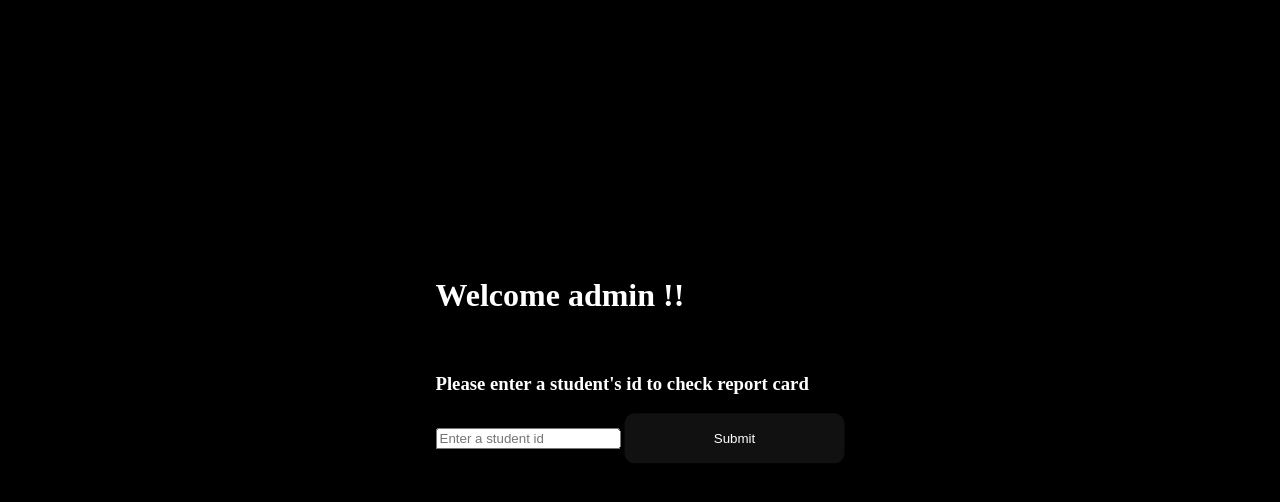
Repository: MriOj/OnlineExamPortal
Page: http://localhost/ExamPortal/admlogin.jsp
An editor plug-in stored every save of this project. The page is shown before and after the next save, followed by the edit.
The browser window is 1280 px wide. The pictures show the whole page.
The page is served by Tomcat 9.

Above is the page before, as saved 2021-09-07 10:16:55.

After the next save:
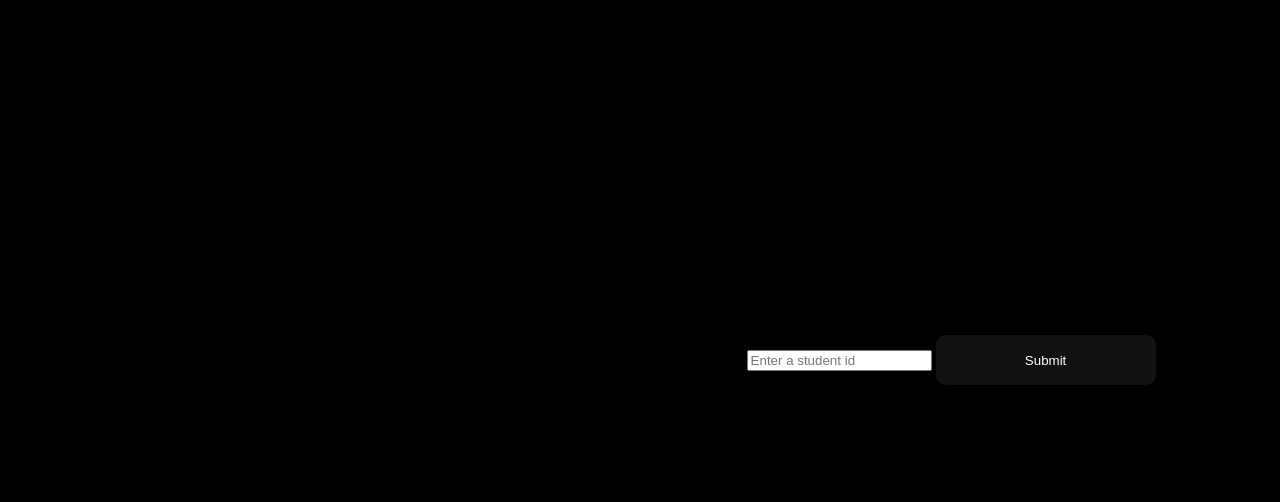
Saved 3 min 17 s later.
--- a/ExamPortal/src/main/webapp/admlogin.jsp
+++ b/ExamPortal/src/main/webapp/admlogin.jsp
@@ -89,7 +89,7 @@ body {
 </style>
 </head>
 <body>
-<div class="center">
+
 
   <h1>Welcome admin !!</h1> <br>
   <h3> Please enter a student's id to check report card </h3>
@@ -98,6 +98,6 @@ body {
   <input type="submit" class="glow-on-hover" type="button">
   </form>
 
-</div>
+
 </body>
 </html>
